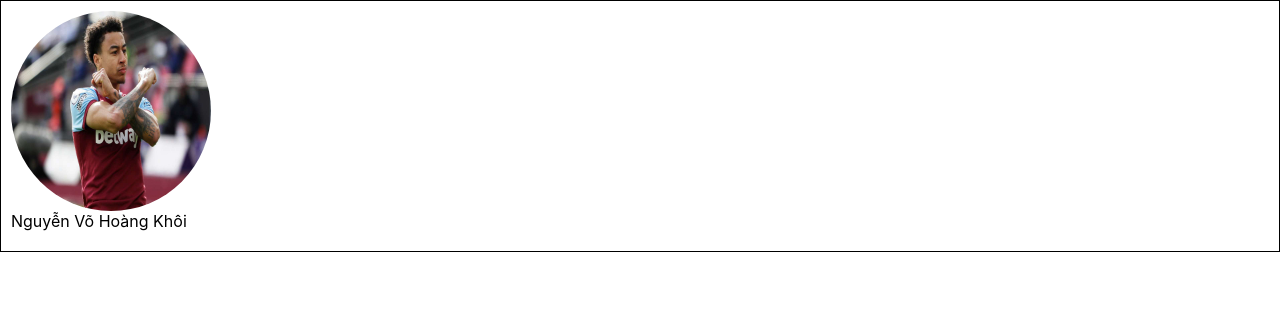
Repository: khoibanh113/mycv
Page: /
These files come from the project's save history. The page is drawn as it stood at one moment and after the next save; the edit follows.
The browser window is 1280 px wide. The pictures show the whole page.
The project was rebuilt for these pictures with package versions that can differ from the ones it lists, and the page was loaded fresh each time.

Above is the page before, as saved 2021-03-29 16:57:15.

After the next save:
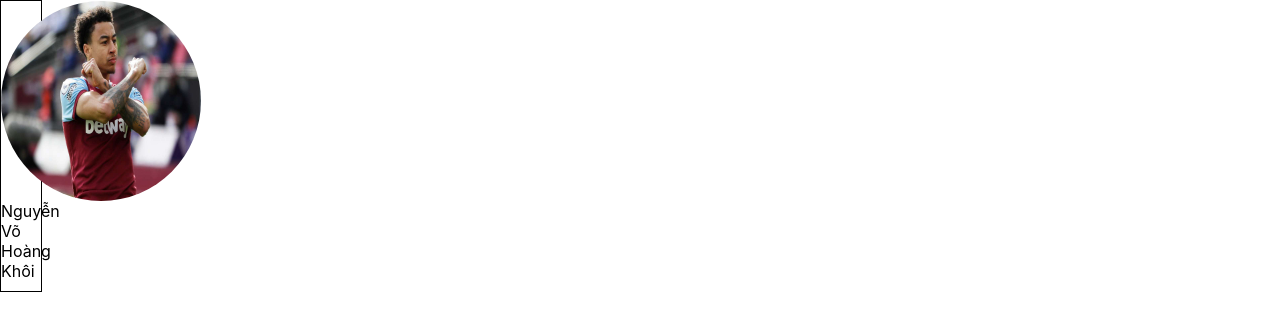
Saved 43 s later.
--- a/src/css/avatar.css
+++ b/src/css/avatar.css
@@ -1,6 +1,6 @@
 .container{
     border: 1px solid black;
-    padding: 10px;
+    width: 40px;
 }
 .avaContainer img {
     height: 100%;
